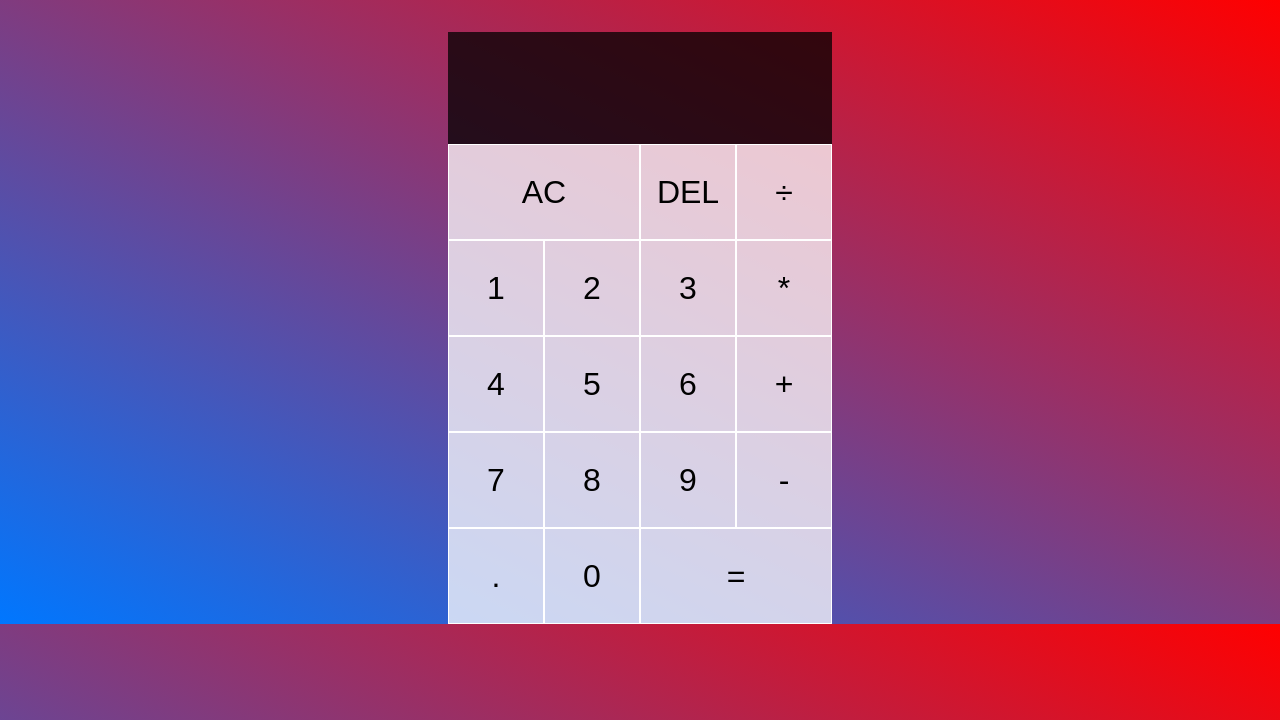
Repository: Ellisvelandia/Calculator
Page: /
An editor plug-in stored every save of this project. The page is shown before and after a run of saves, followed by the edit.
The browser window is 1280 px wide. The pictures show the whole page.
The project was rebuilt for these pictures with package versions that can differ from the ones it lists, and the page was loaded fresh each time. Also part of the build but not shown: craco.config.js, src/index.css.

Above is the page before, as saved 2022-08-16 15:27:50.

After the next 2 saves:
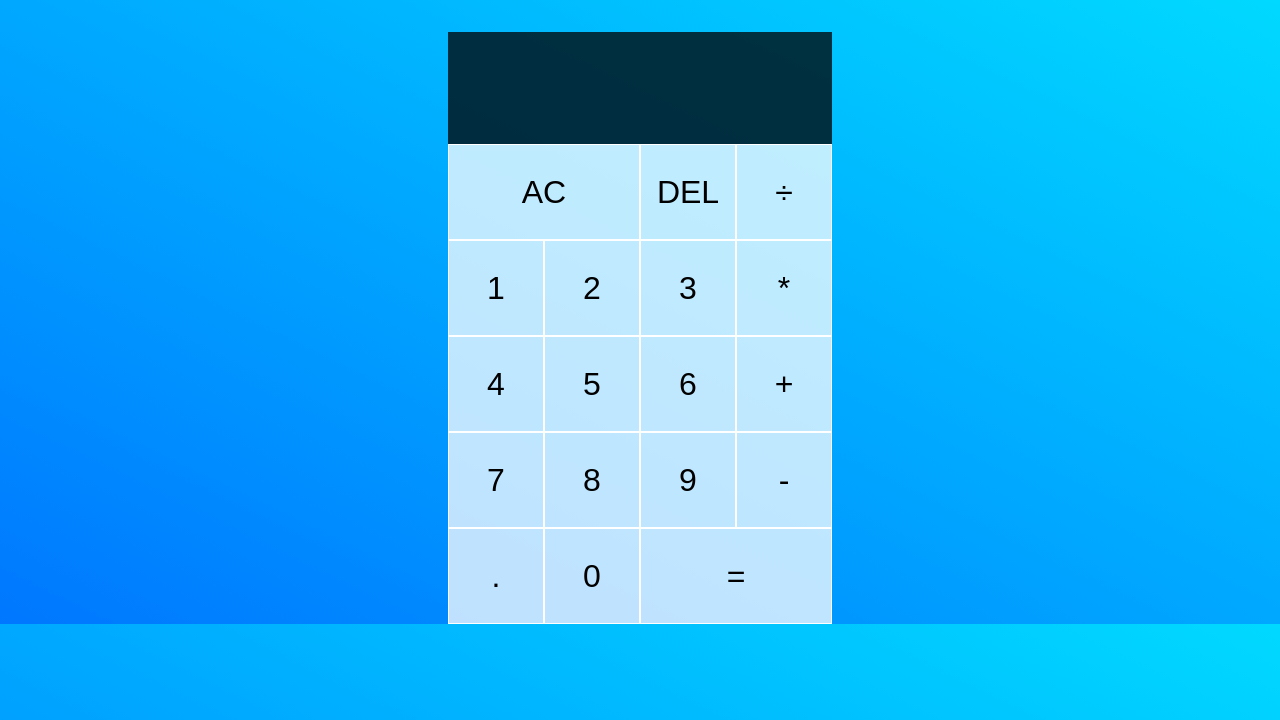
The 2 saves are shown as one change because they came seconds apart.
The last was saved 9 s later.
--- a/src/App.css
+++ b/src/App.css
@@ -6,7 +6,7 @@
 
 body {
   margin: 0;
-  background: linear-gradient(to right top, rgb(0, 119, 255), red);
+  background: linear-gradient(to right top, rgb(0, 119, 255), rgb(0, 217, 255));
 }
 
 .calculator-grid {
